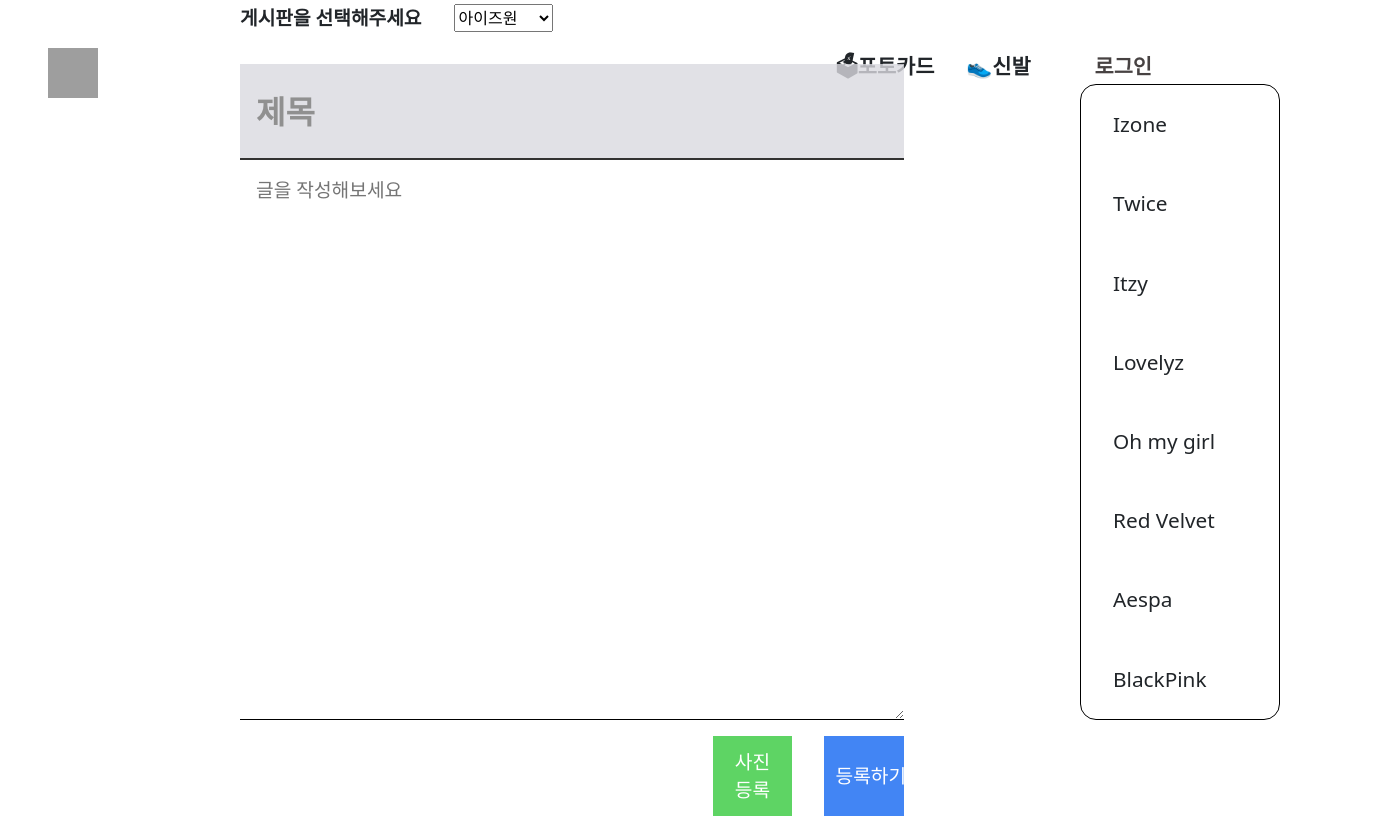
Repository: hwangstar156/goods-trader
Page: /write
The author's editor kept a copy of each file at every save. The page is drawn from the files as they stood at one save, then again after the next save.
The browser window is 1280 px wide. The page is 1328 px wide, then 1377 px, then 1328 px, so the pictures cover 1377 px, including what lies to the right of the window. The pictures show the whole page.
Pictures or frames that could not be fetched are drawn as grey boxes. Some web libraries are served in a nearby version. The project was rebuilt for these pictures with package versions that can differ from the ones it lists, and the page was loaded fresh each time. Also part of the build but not shown: src/App.css, src/component/sign-up/sign-up.component.jsx, src/component/sign-in/sign-in.styles.scss, src/component/sign-in/sign-in.component.jsx, src/component/with-spinner/withSpinner.styles.scss, src/component/with-spinner/withSpinner.component.jsx, src/pages/userprofile/userprofile.styles.scss, src/pages/userprofile/userprofile.pages.jsx and 6 more.

Above is the page before, as saved 2021-09-05 18:54:36.

After the next save:
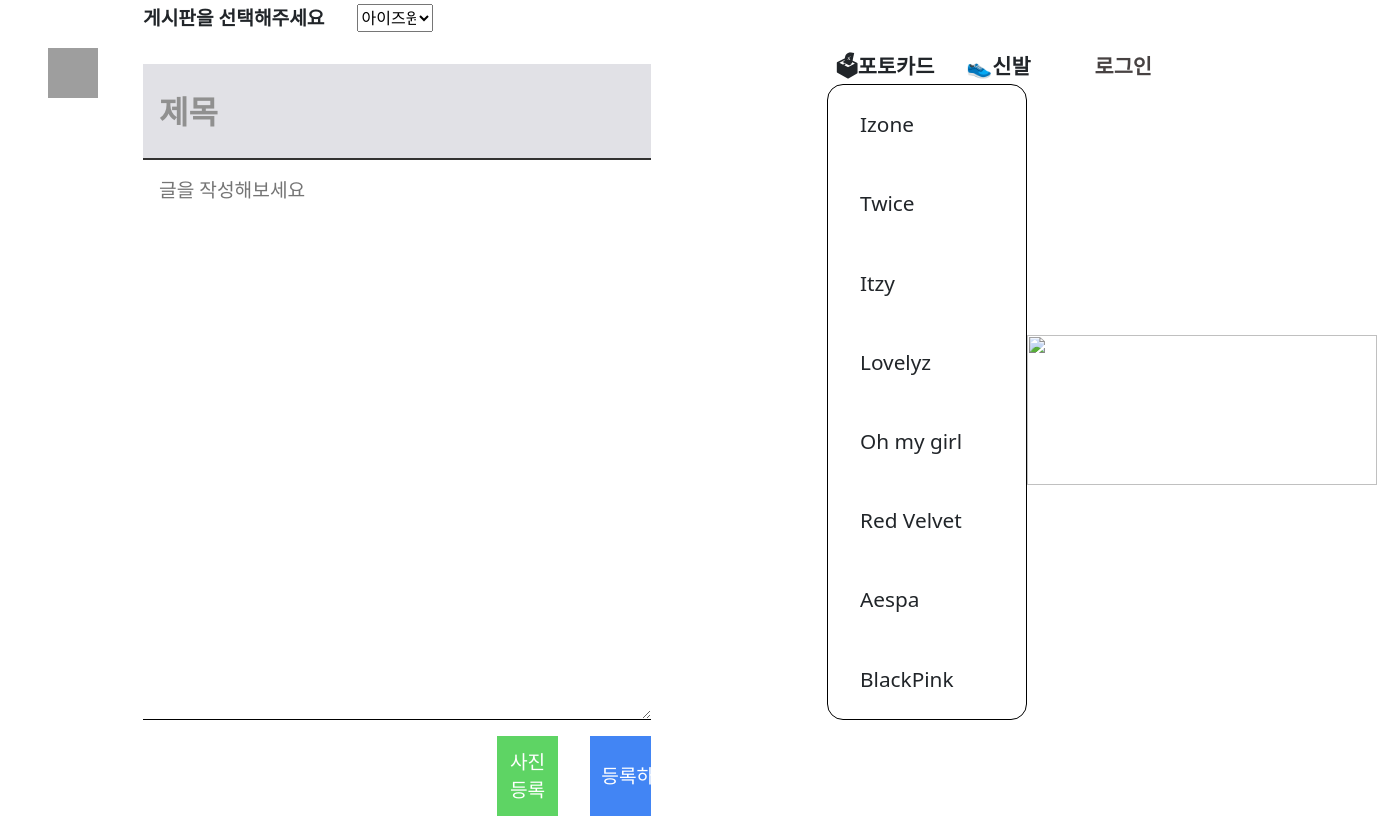
Saved 40 s later.
--- a/src/pages/write/write.pages.jsx
+++ b/src/pages/write/write.pages.jsx
@@ -126,7 +126,7 @@
       </form>
       <MenuAside className="menu-aside" />
       <div className="image-preview">
-        <img src={fileUrl} alt="" ref={imgRef} />
+        <img src={fileUrl} alt="" ref={imgRef} width="350px" height="150px" />
       </div>
     </div>
   );

After the 3 saves that followed:
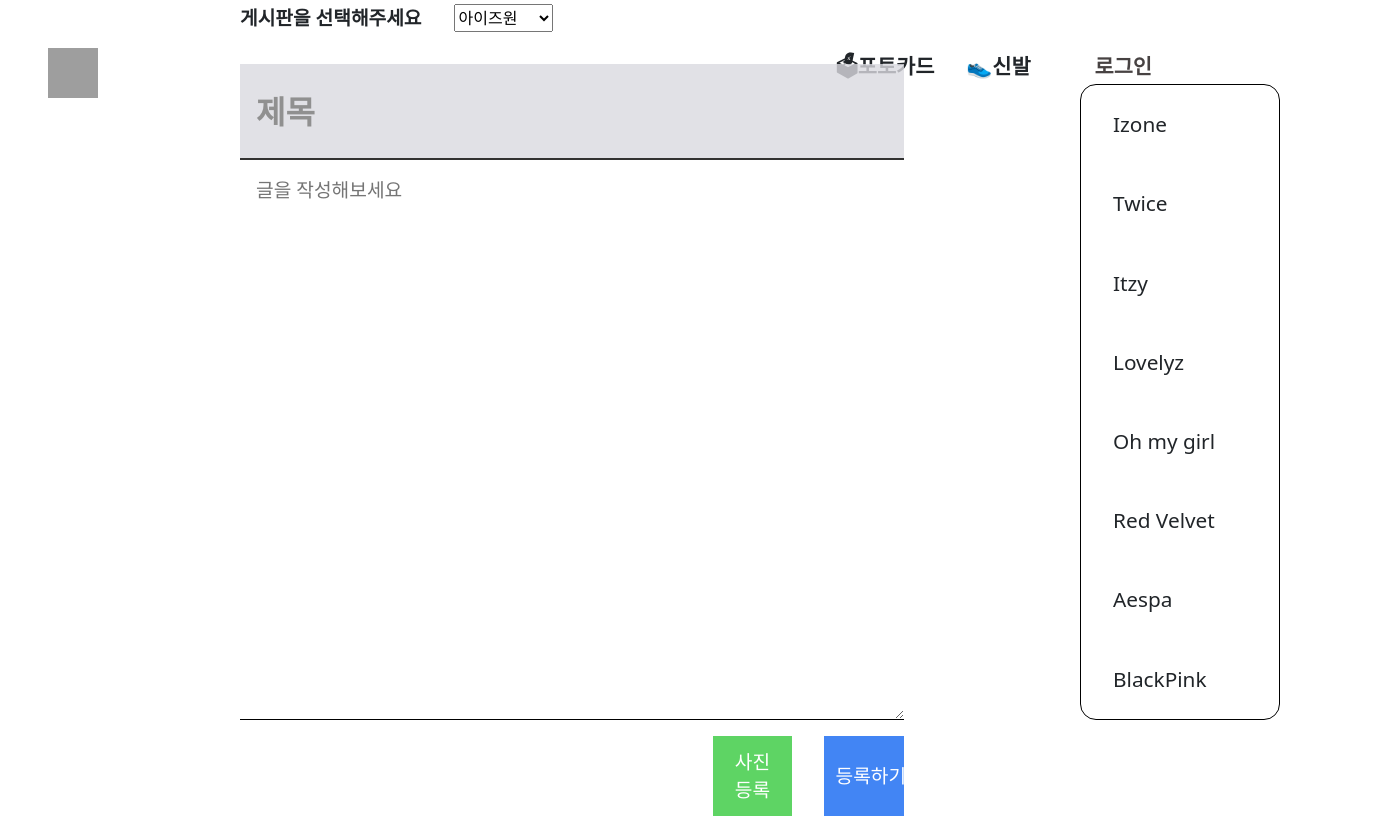
The 3 saves are shown as one change because 1 did not build or start and 1 left the picture as it was.
The last was saved 10 min 30 s later.
--- a/src/pages/write/write.pages.jsx
+++ b/src/pages/write/write.pages.jsx
@@ -9,6 +9,7 @@
 import "github-markdown-css";
 import "./write.styles.scss";
 import { selectIdols } from "../../redux/idol/idol.selector";
+import resizeImage from "../userprofile/userprofile.utils";
 const WritePage = () => {
   const imgRef = useRef(null);
   const inputRef = useRef(null);
@@ -58,9 +59,16 @@
     }
     const fileRef = storageRef.child(`${currentUser.id}/${uuidv4()}`);
     const responce = await fileRef.put(theFile);
-    responce.ref.getDownloadURL().then((url) => {
-      setFileUrl(url);
-    });
+    const url = await responce.ref.getDownloadURL();
+    const config = {
+      file: url,
+      maxSize: 314,
+    };
+    resizeImage(config)
+      .then((resizedImage) => {
+        setFileUrl(resizedImage);
+      })
+      .catch((err) => console.log(err));
   };
 
   const onChangeSelectIdol = (e) => {
@@ -126,7 +134,7 @@
       </form>
       <MenuAside className="menu-aside" />
       <div className="image-preview">
-        <img src={fileUrl} alt="" ref={imgRef} width="350px" height="150px" />
+        <img src={fileUrl} alt="" ref={imgRef} />
       </div>
     </div>
   );
